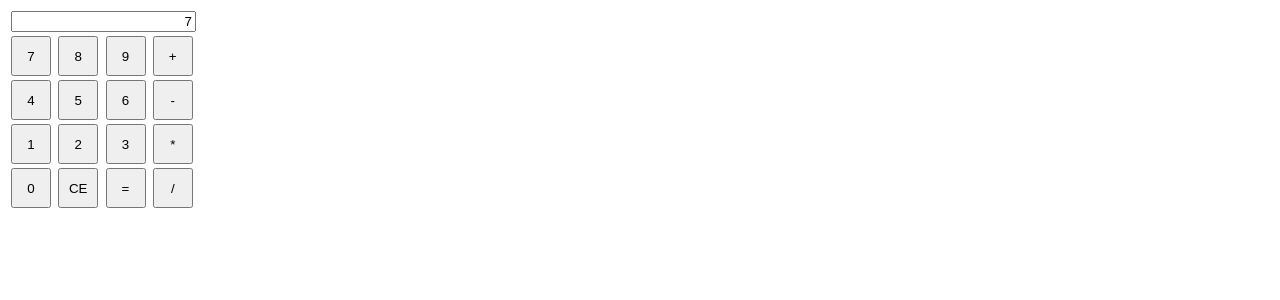
Repository: Seonhanbit/dev
Page: work_frontend/ws_frontend_0903/WebContent/Calculator_jQuery.html
These files come from the project's save history. The page is drawn as it stood at one moment and after the next save; the edit follows.
The browser window is 1280 px wide. The pictures show the whole page.
Empty fields were first filled with sample values (such as "Sample", 5 or name@example.com).
After loading, the first visible `#\37` was clicked once.
Some web libraries are served in a nearby version.

Above is the page before, as saved 2019-09-03 06:28:32.
Console error (its wording comes from the project's code and is left out).

### work_frontend/ws_frontend_0903/WebContent/Calculator_jQuery.html
<!DOCTYPE html>
<html>
<head>
<meta charset="UTF-8">
<title>Calculator</title>
<style type="text/css">
button {
	width: 30pt;
	height: 30pt;
}
</style>
<script type="text/javascript" src="http://code.jquery.com/jquery-1.8.1.js"></script>
<script type="text/javascript">
	$(function() {
		var result = "";
		var calc;
		$(".num").on('click',function(evt) {

			//calc += $(this).text();
			console.log($(this).text());
			$("#show").val($(this).text());
		});
		$("#=").on('click', function() {
			result = eval(calc);
			$("#show").text(result);
		});
		$("#CE").on('click', function() {
			result = '';
			calc = '';
			$("#show").html(result);
		});
	});
</script>
</head>
<body>
	<table>
		<tr>
			<td colspan="4"><Input style="text-align: right" type="text"
				id='show' name='user' placeholder="0.0" /></td>
		</tr>
		<tr>
			<td><button class = 'num' id='7' value="7" >7</button></td>
			<td><button class = 'num' id='8' value="8" >8</button></td>
			<td><button class = 'num' id='9' value="9" >9</button></td>
			<td><button class = 'num' id='+' value="+" >+</button></td>
		</tr>
		<tr>

			<td><button class = 'num' id='4' value="4" >4</button></td>
			<td><button class = 'num' id='5' value="5" >5</button></td>
			<td><button class = 'num' id='6' value="6" >6</button></td>
			<td><button class = 'num' id='-' value="-" >-</button></td>
		</tr>
		<tr>
			<td><button class = 'num' id='1' value="1" >1</button></td>
			<td><button class = 'num' id='2' value="2" >2</button></td>
			<td><button class = 'num' id='3' value="3" >3</button></td>
			<td><button class = 'num' id='*' value="*" >*</button></td>
		</tr>
		<tr>
			<td><button class = 'num' id='0' value="0" >0</button></td>
			<td><button id='CE' value="CE" >CE</button></td>
			<td><button id='=' value="=" >=</button></td>
			<td><button class = 'num' id='/' value="/" >/</button></td>
		</tr>
	</table>
</body>
</html>

After the next save:
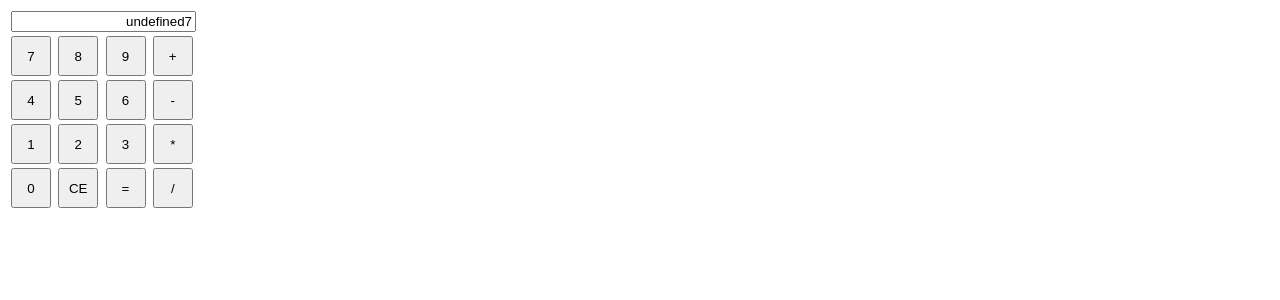
Saved 109 s later.
--- a/work_frontend/ws_frontend_0903/WebContent/Calculator_jQuery.html
+++ b/work_frontend/ws_frontend_0903/WebContent/Calculator_jQuery.html
@@ -16,9 +16,9 @@
 		var calc;
 		$(".num").on('click',function(evt) {
 
-			//calc += $(this).text();
-			console.log($(this).text());
-			$("#show").val($(this).text());
+			calc += $(this).text();
+
+			$("#show").val(calc);
 		});
 		$("#=").on('click', function() {
 			result = eval(calc);
